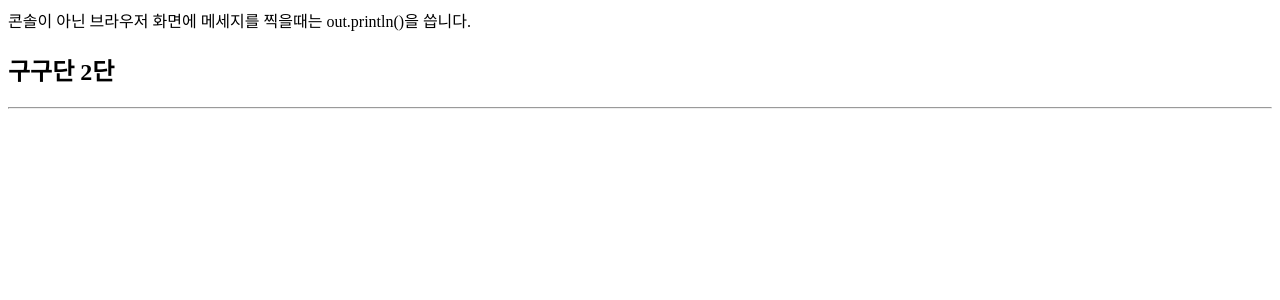
Repository: limbbbyoung/JSP_practice
Page: http://localhost/JSPbasic/jsptag/scriptlet.jsp
An editor plug-in stored every save of this project. The page is shown before and after the next save, followed by the edit.
The browser window is 1280 px wide. The pictures show the whole page.
The page is served by Tomcat 9.

Above is the page before, as saved 2022-03-22 11:24:48.

### JSPbasic/src/main/webapp/jsptag/scriptlet.jsp
<%@ page language="java" contentType="text/html; charset=UTF-8"
    pageEncoding="UTF-8"%>
<!DOCTYPE html>
<html>
<head>
<meta charset="UTF-8">
<title>Insert title here</title>
</head>
<body>
     <% System.out.println("콘솔에 메세지를 찍을때는 System.out.println()을 씁니다.");
     out.println("콘솔이 아닌 브라우저 화면에 메세지를 찍을때는 out.println()을 씁니다."); %>
     <h2>구구단 2단</h2><hr/>


</body>
</html>

After the next save:
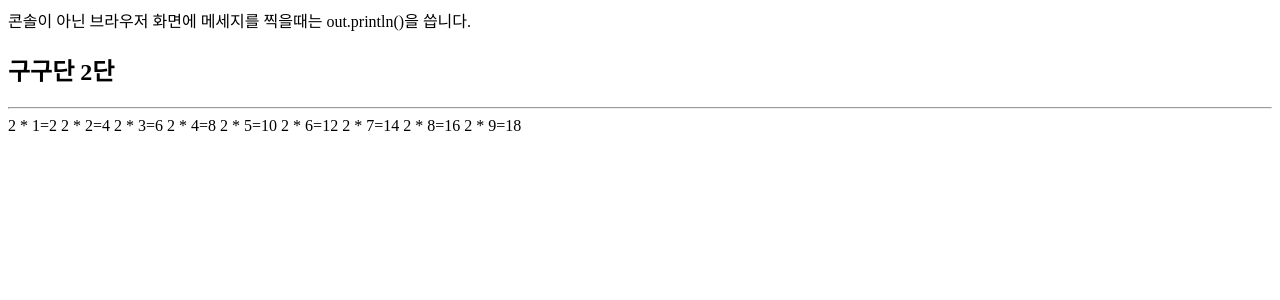
Saved 4 min 49 s later.
--- a/JSPbasic/src/main/webapp/jsptag/scriptlet.jsp
+++ b/JSPbasic/src/main/webapp/jsptag/scriptlet.jsp
@@ -10,6 +10,12 @@
      <% System.out.println("콘솔에 메세지를 찍을때는 System.out.println()을 씁니다.");
      out.println("콘솔이 아닌 브라우저 화면에 메세지를 찍을때는 out.println()을 씁니다."); %>
      <h2>구구단 2단</h2><hr/>
+     <%
+        // 구구단 2단을 브라우저에 출력해주세요.
+        for(int i = 1; i < 10; i++){
+        	out.println("2 * " + i + "=" + 2*i  );
+        }
+     %>
 
 
 </body>
